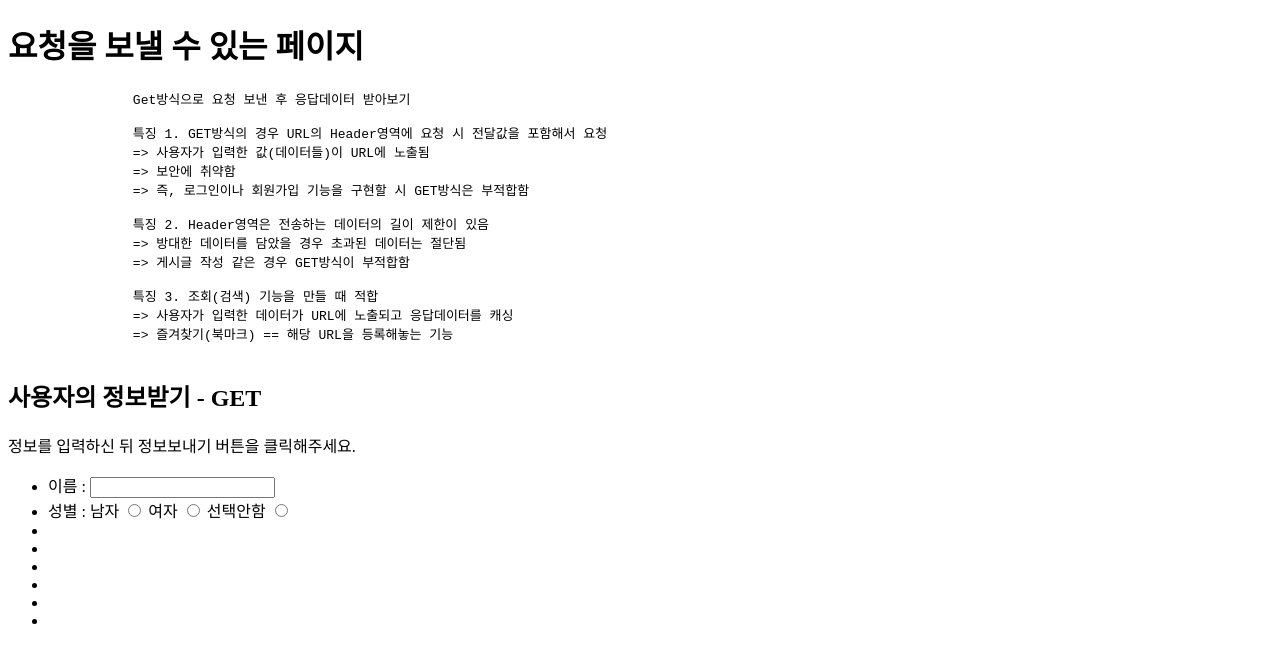
Repository: rlaehqkf/java_practice
Page: MyFirstWebProject/src/main/webapp/views/request_get.html
The author's editor kept a copy of each file at every save. The page is drawn from the files as they stood at one save, then again after the next save.
The browser window is 1280 px wide. The pictures show the whole page.

Above is the page before, as saved 2026-05-04 05:07:48.

After the next save:
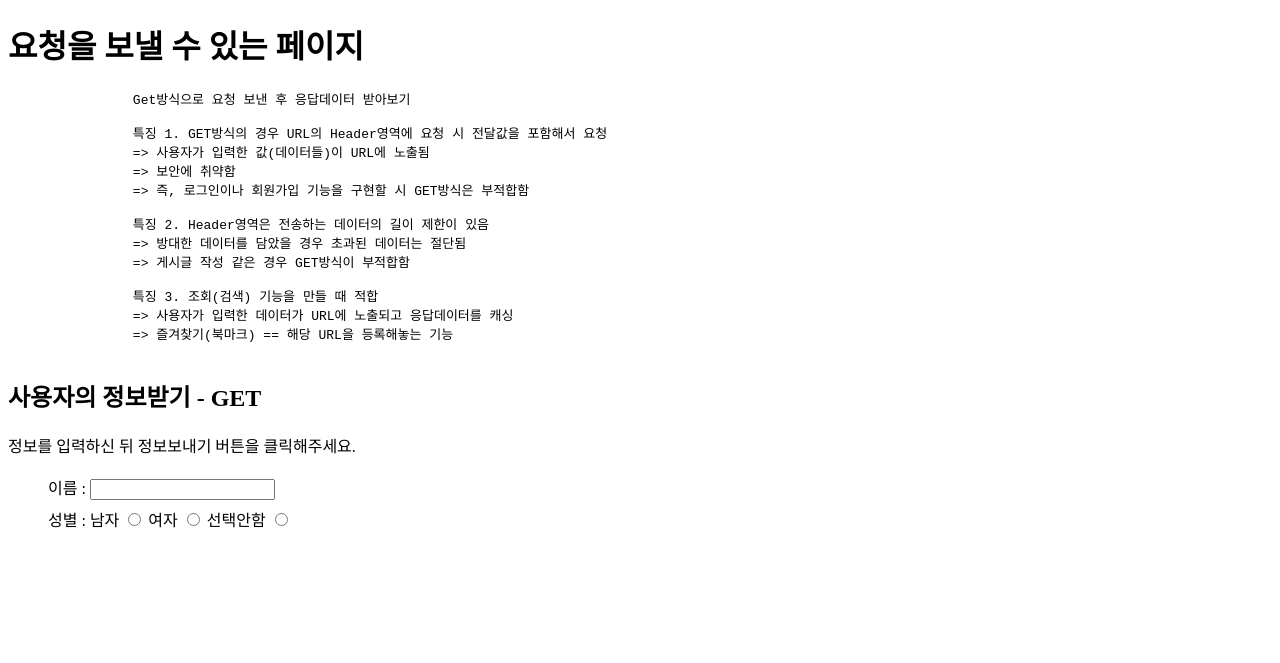
Saved 118 s later.
--- a/MyFirstWebProject/src/main/webapp/views/request_get.html
+++ b/MyFirstWebProject/src/main/webapp/views/request_get.html
@@ -3,6 +3,16 @@
 <head>
 <meta charset="UTF-8">
 <title>요청을 보내야겠다~~</title>
+<style>
+	ul{
+		list-style : none;
+		line-height : 200%;
+	}
+
+</style>
+
+
+
 </head>
 <body>
 
